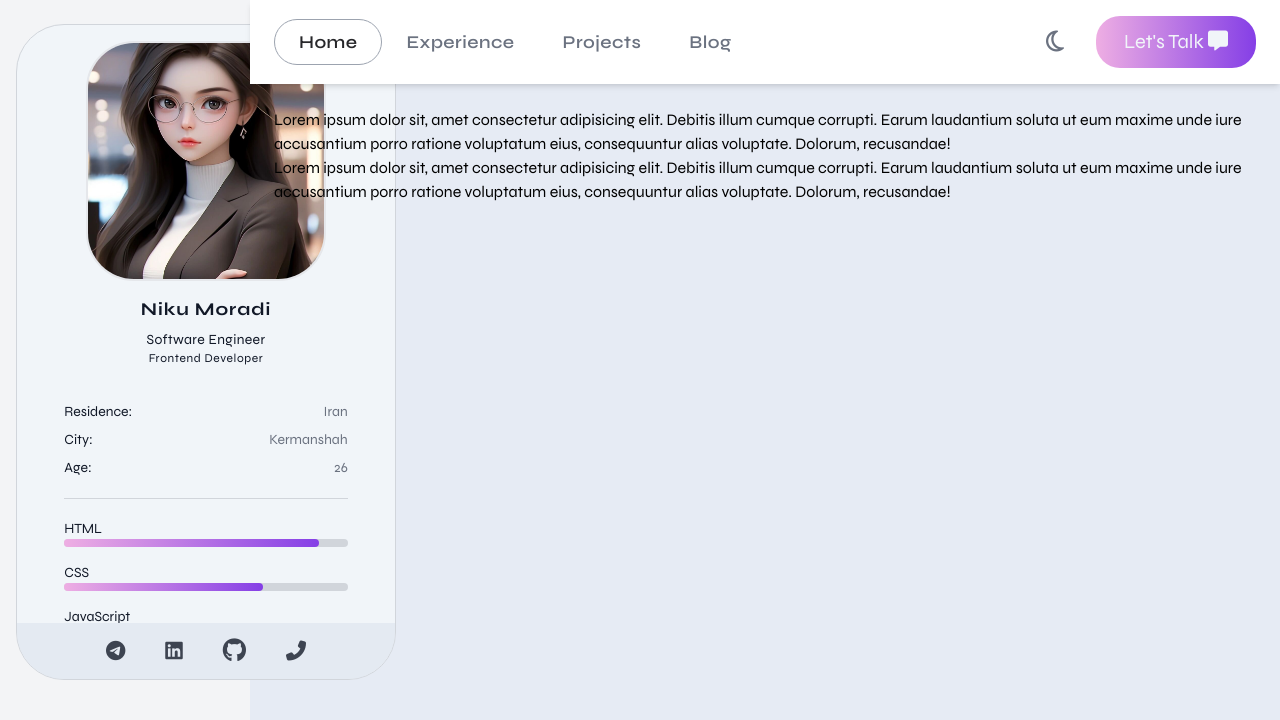
Repository: NikuMoradi/niku-moradi
Page: /
An editor plug-in stored every save of this project. The page is shown before and after the next save, followed by the edit.
The browser window is 1280 px wide. The pictures show the whole page.
The project was rebuilt for these pictures with package versions that can differ from the ones it lists, and the page was loaded fresh each time. The framework's server and built-in components were replaced by stand-ins that run in the browser. Also part of the build but not shown: nuxt.config.ts, components/Blog Posts/Component-Design.vue, components/Blog.vue, components/Contact.vue, components/Education.vue, components/Experience.vue, components/Hero.vue, components/Menu.vue and 4 more.

Above is the page before, as saved 2024-12-02 17:44:17.

After the next save:
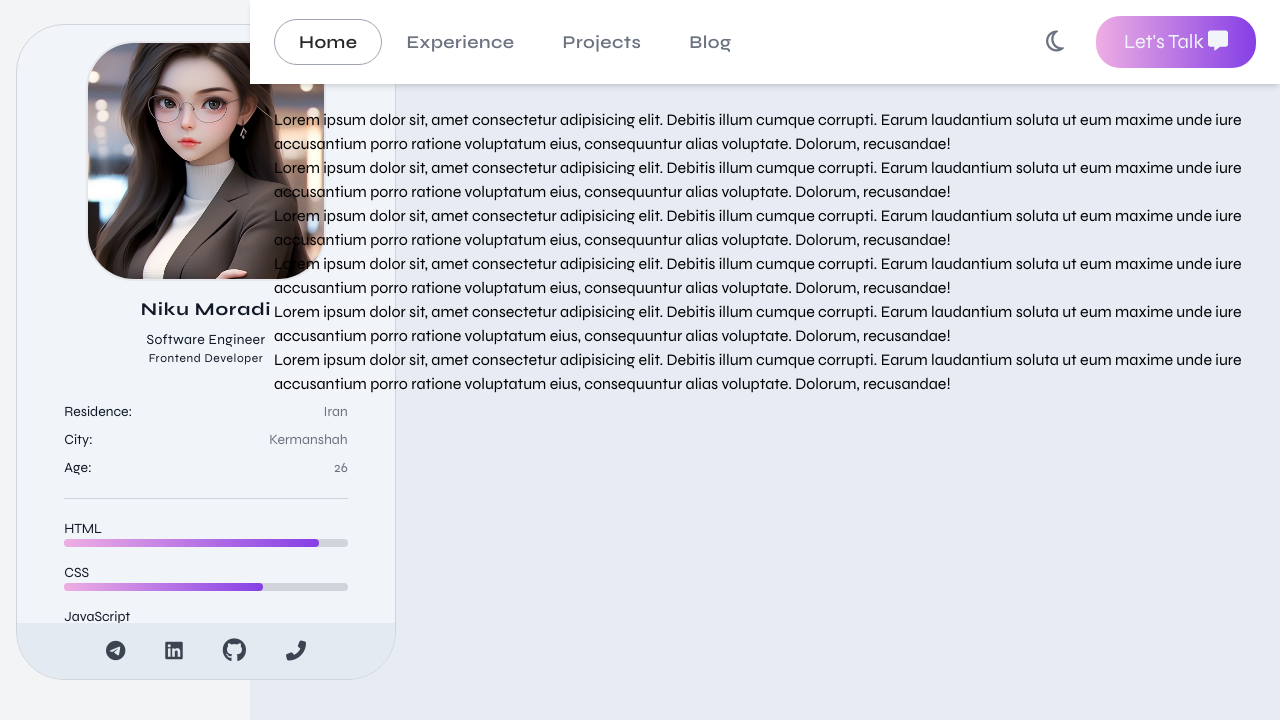
Saved 31 s later.
--- a/layouts/default.vue
+++ b/layouts/default.vue
@@ -26,7 +26,30 @@
           accusantium porro ratione voluptatum eius, consequuntur alias
           voluptate. Dolorum, recusandae!
         </p>
-        <!-- Add more content as needed -->
+        <p>
+          Lorem ipsum dolor sit, amet consectetur adipisicing elit. Debitis
+          illum cumque corrupti. Earum laudantium soluta ut eum maxime unde iure
+          accusantium porro ratione voluptatum eius, consequuntur alias
+          voluptate. Dolorum, recusandae!
+        </p>
+        <p>
+          Lorem ipsum dolor sit, amet consectetur adipisicing elit. Debitis
+          illum cumque corrupti. Earum laudantium soluta ut eum maxime unde iure
+          accusantium porro ratione voluptatum eius, consequuntur alias
+          voluptate. Dolorum, recusandae!
+        </p>
+        <p>
+          Lorem ipsum dolor sit, amet consectetur adipisicing elit. Debitis
+          illum cumque corrupti. Earum laudantium soluta ut eum maxime unde iure
+          accusantium porro ratione voluptatum eius, consequuntur alias
+          voluptate. Dolorum, recusandae!
+        </p>
+        <p>
+          Lorem ipsum dolor sit, amet consectetur adipisicing elit. Debitis
+          illum cumque corrupti. Earum laudantium soluta ut eum maxime unde iure
+          accusantium porro ratione voluptatum eius, consequuntur alias
+          voluptate. Dolorum, recusandae!
+        </p>
       </main>
     </div>
   </div>
